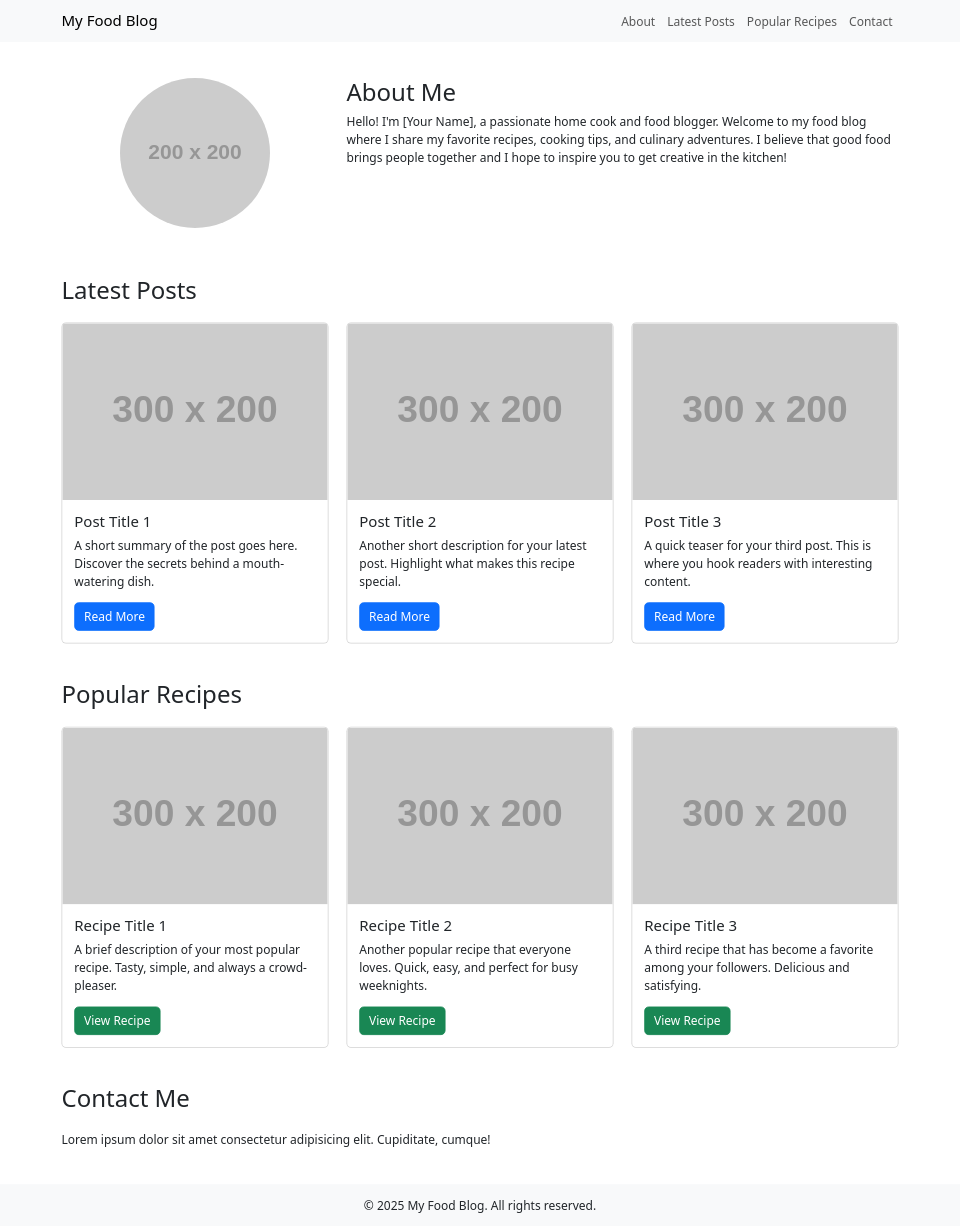
Repository: arunyerram/Web-TEChnologies
Page: 15.03.2025.html
An editor plug-in stored every save of this project. The page is shown before and after the next save, followed by the edit.
The browser window is 1280 px wide. The pictures show the whole page, at 75% of full size.

Above is the page before, as saved 2025-03-19 11:21:39.

After the next save:
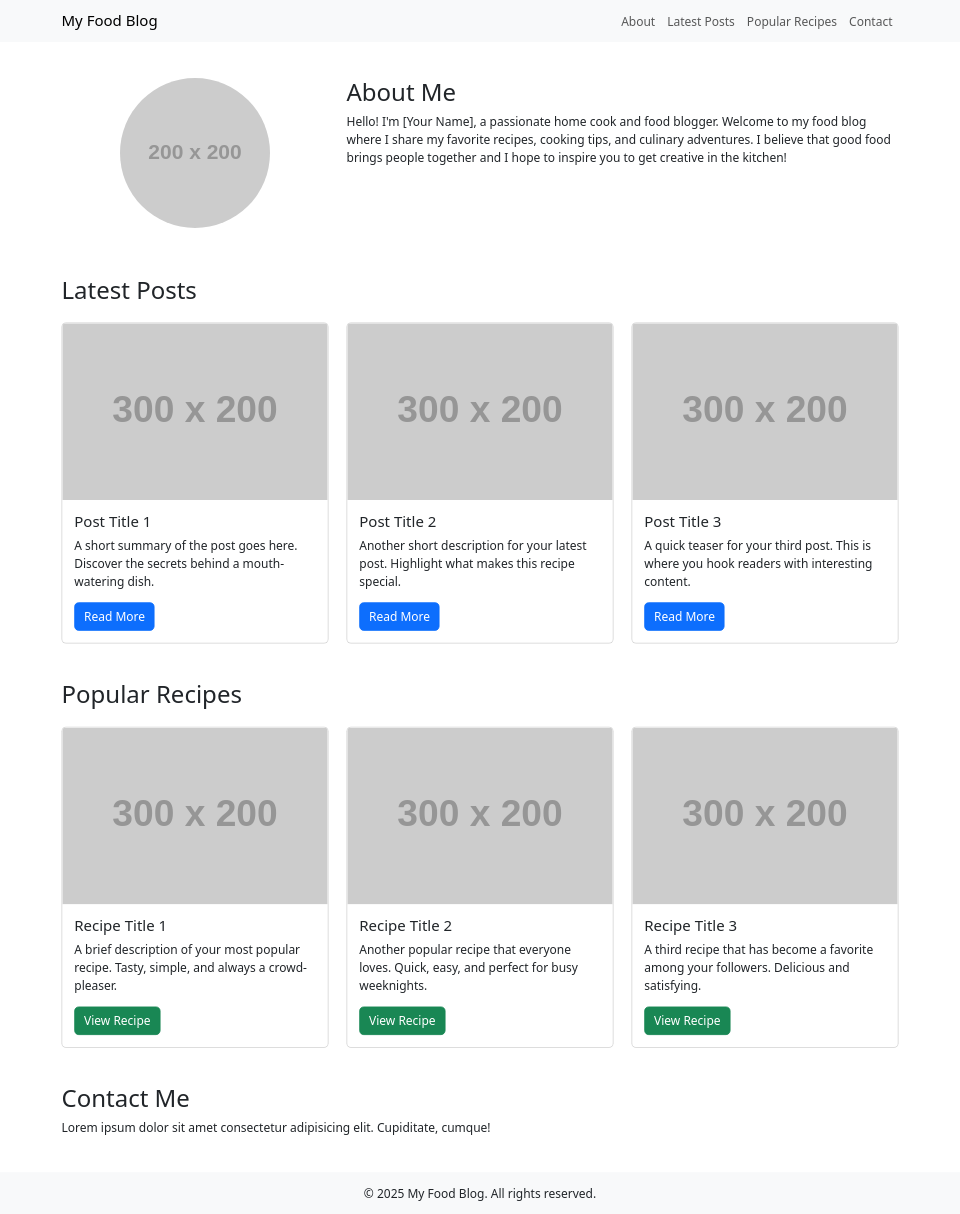
Saved 7 s later.
--- a/15.03.2025.html
+++ b/15.03.2025.html
@@ -200,7 +200,7 @@
 
     <!-- Contact Section -->
     <section id="contact">
-      <h2 class="mb-4">Contact Me</h2>
+      <h2 >Contact Me</h2>
       <p>Lorem ipsum dolor sit amet consectetur adipisicing elit. Cupiditate, cumque!</p>
     </section>
 
